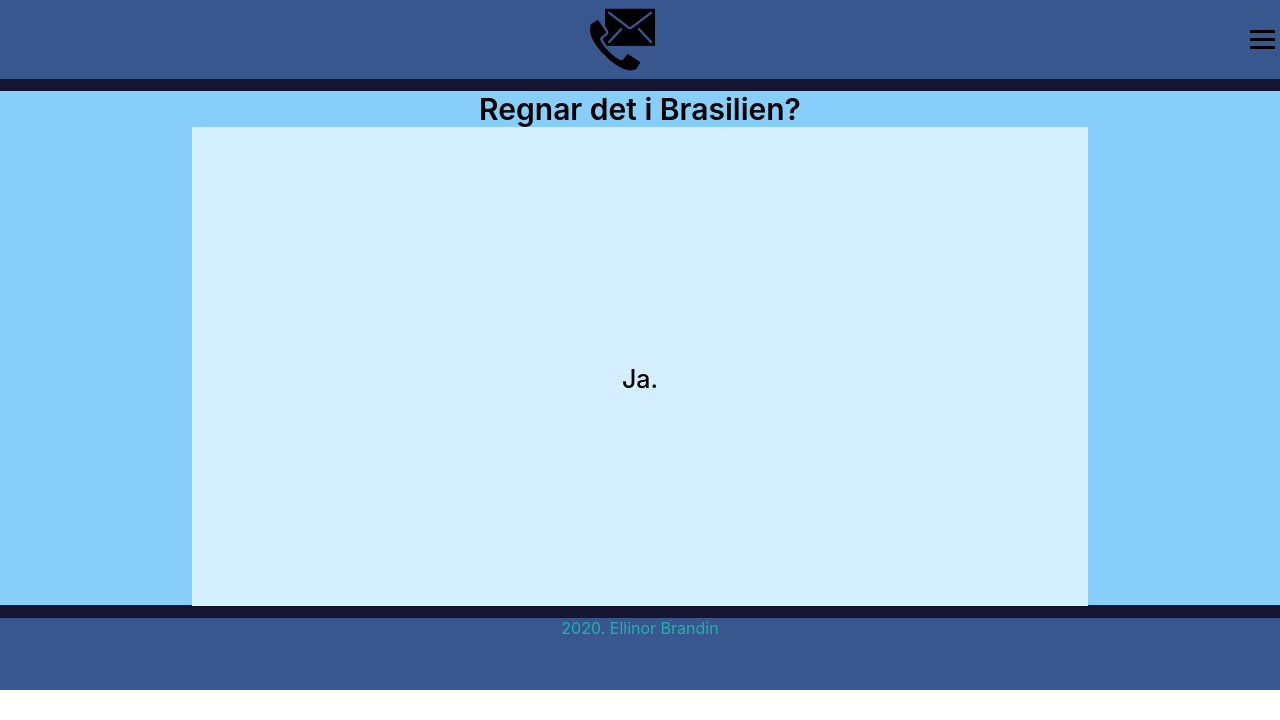
Repository: EllinorBrandin/projekt2
Page: ja copy.html
These files come from the project's save history. The page is drawn as it stood at one moment and after the next save; the edit follows.
The browser window is 1280 px wide. The pictures show the whole page.

Above is the page before, as saved 2020-05-07 10:53:16.

### ja copy.html
<!DOCTYPE html>
<html lang="en">
<head>
    <meta charset="UTF-8">
    <meta name="viewport" content="width=device-width, initial-scale=1.0">
    <title>Möjligen</title>
    <link rel="stylesheet" type="text/css" href="css/style.css"/>
</head>
<body>
  <div id="container">
    <div class="navbar">
        <img src="img/contact.png" alt="Kontakt" class="kontaktlogga">

       <div id="hamburgermeny">

           <ul class="navLinks">
            <div class="link1"><a href="minprofil.html">Min profil</a></div>
            <div class="link3"><a href="index.html">Hem</a></></div>
            <div class="link4"><a href="faq.html">F.A.Q</a></></div>
            <div class="link4"><a href="installningar.html">Inställningar</a></></div>

          </ul>

        </div>

          <div class="burger">
            <div class="line1"></div>
            <div class="line2"></div>
            <div class="line3"></div>
          </div>
        </div>
        <div class="possibly">
          <p1 id="fak">Regnar det i Brasilien?</p1>
    <div class="ja">Ja.</div>
        </div>
    <div class="footer">2020. Ellinor Brandin</div>

</div>
</body>
</html>

### css/style.css
@media only screen and (min-width: 300px) {

  *{
    margin: 0px;
    padding: 0px;
    box-sizing: border-box;
  }
#container {
    display: grid;
    width: 100%;
    grid-template-columns:2fr 1fr;
    text-align: center;
    background-color: rgb(21, 21, 49);
    font-family: -apple-system, BlinkMacSystemFont, 'Segoe UI', Roboto, Oxygen, Ubuntu, Cantarell, 'Open Sans', 'Helvetica Neue', sans-serif;
    grid-template-areas:
        'nv nv nv nv'
        'hm hm hm hm'
        'hd hd hd hd'
        'mn mn mn mn'
        'ft ft ft ft';
}

/*nav*/

.navbar{
    grid-area: nv;
    position: relative;
    display: flex;
    justify-content: flex-end;
    align-items:center;
    text-align: center;
    margin-bottom: 12px;
    height: 11vh;
    background-color: rgb(57, 87, 143);
    font-family:'Segoe UI', Tahoma, Geneva, Verdana, sans-serif;
}



  .navLinks {
    display: flex;
    flex-direction: column;
    justify-content: space-around;
    position: absolute;
    right: 0px;
    height: 70vh;
    z-index:2;
    line-height: 20vh;
    top: -89vh;
    background-color: rgb(57, 87, 143) ;
    transition: all 0.5s;
    box-shadow: -5px 2px 3px rgba(8, 13, 78, 0.295);
  }

  .yellowbooket{
    margin-left: auto;
    margin-right: auto;
    font-size: 12px;
  }
}
  /* logga */

.boklogga {
  display: block;
  margin-left: auto;
  margin-right: auto;
  width: 65px;
}

.kontaktlogga {
  display: block;
  margin-left: auto;
  margin-right: auto;
  width: 65px;
}

.ovrigtlogga{
  display: block;
  margin-left: auto;
  margin-right: auto;
  width: 65px;
}

.profil {
  display: block;
  margin-left: auto;
  margin-right: auto;
  width: 65px;
}

.fraglogga {
  display: block;
  margin-left: auto;
  margin-right: auto;
  width: 65px;
}

/* /logga */

  .navLinks a {
    color: white;
    text-decoration: none;
    letter-spacing: 3px;
    font-weight: bold;
    font-size: 14px;
    height: 17.5px;
  }
.link1{
  transition: 0.5s;
  height: 17.5vh;
}

.link1:hover{
  background-color: rgba(255, 255, 255, 0.356);

}

.link2{
  transition: 0.5s;
  height: 17.5vh;

}
.link2:hover{
  background-color: rgba(255, 255, 255, 0.295);

}

.link3{
  transition: 0.5s;
  height: 17.5vh;


}
.link3:hover{
  background-color: rgba(255, 255, 255, 0.295);

}
.link4{
  transition: 0.5s;
  height: 17.5vh;


}
.link4:hover{
  background-color: rgba(255, 255, 255, 0.295);

}

  .burger div {
    width: 25px;
    height: 3px;
    background-color: black;
    margin: 5px;
    border-radius: 10%;
    transition: all 0.5s;
  }

  .toggle .line1 {
    transform: rotate(-45deg) translate(-5px, 6px);
  }

  .toggle .line2 {
  opacity: 0;
  }

  .toggle .line3 {
    transform: rotate(45deg) translate(-5px, -6px);
  }

  .navActive {
    transform: translateY(100vh);
  }

/* /nav */

.header {
  margin-top: 10px;
  margin-bottom: 10px;
  grid-area: hd;
  height: 100%;
  background-color: rgb(57, 87, 143);
  color: rgb(255, 255, 255);
  margin-bottom: 20px;
}

*{box-sizing: border-box}

.slideshow {
  max-width: 100vw;
  position: relative;
  margin: auto;
  margin: 20px;
}

.myslides {
  display: none;
}

#till-weuweb{
  width: 90%;
}

.prev, .next {
  cursor: pointer;
  position: absolute;
  top: 50%;
  width: auto;
  padding: 16px;
  margin-top: -110px;
  color: white;
  border-radius: 0 3px 3px 0;
  user-select: none;
  transition: 0.35s ease;
}

.next {
  right:0;
  border-radius: 0 3px 3px 0;
}

.prev{
  left:0;
  border-radius: 0 3px 3px 0;

}

.text1 {
  color: white;
  font-weight: bold;

}

.prev:hover, .next:hover {
  background-color: rgba(0, 10, 39, 0.548);
}

.fade {
  -webkit-animation-name: fade;
  -webkit-animation-duration: 1.5s;
  animation-name: fade;
  animation-duration: 1.5s;
}

@-webkit-keyframes fade {
  from {opacity: .4}
  to {opacity: 1}
}

@keyframes fade {
  from {opacity: .4}
  to {opacity: 1}
}

.main {
  position: relative;
  margin-top: 32px;
  margin-bottom: 25px;
  grid-area: mn;
  background-color: rgb(57, 87, 143);
  height: 66vh;
  color: rgb(10, 16, 102);
  font-size: 12px;
  font-weight: bold;
  }

:root {
  --gutter: 25px;
}

.allbooks{
  padding: var(--gutter) 0;
  display:grid;
  grid-gap: var(--gutter) 0;
  grid-template-columns: var(--gutter) 1fr var(--gutter);
  align-content: start;
}

.allbooks > * {
  grid-column: 2 / -2;
}

.allbooks > .full {
  grid-column: 1 / -1;
}

.hs {
  display: grid;
  grid-gap: calc(var(--gutter) / 2);
  grid-template-columns: repeat(6, calc(42% - var(--gutter) * 2));
  grid-template-rows: minmax(150px, 1fr);

  overflow-x: scroll;
  scroll-snap-type: x proximity;
  padding-bottom: calc(.75 * var(--gutter));
  margin-bottom: calc(-.25 * var(--gutter));
}

ul {
  list-style: none;
  padding: 0;
}


.allbooks {
  width: 100vw;
  height: 250px;
  overflow-y: scroll;
}

.hs > li,
.item {
  scroll-snap-align: center;
  padding: calc(var(--gutter) / 2 * 1.5);
  display: flex;
  flex-direction: column;
  justify-content: center;
  align-items: center;
  background: white;
  border-radius: 15px;
}

:root {
  --gutter: 25px;
}

.otherbooks{
  padding: var(--gutter) 0;
  display:grid;
  grid-gap: var(--gutter) 0;
  grid-template-columns: var(--gutter) 1fr var(--gutter);
  align-content: start;
}

.otherbooks > * {
  grid-column: 2 / -2;
}

.otherbooks > .full {
  grid-column: 1 / -1;
}

.ha {
  display: grid;
  grid-gap: calc(var(--gutter) / 2);
  grid-template-columns: repeat(6, calc(42% - var(--gutter) * 2));
  grid-template-rows: minmax(150px, 1fr);

  overflow-x: scroll;
  scroll-snap-type: x proximity;
  padding-bottom: calc(.75 * var(--gutter));
  margin-bottom: calc(-.25 * var(--gutter));
}

ul {
  list-style: none;
  padding: 0;
}


.otherbooks {
  width: 100vw;
  height: 250px;
  overflow-y: scroll;
}

.ha > li,
.item {
  scroll-snap-align: center;
  padding: calc(var(--gutter) / 2 * 1.5);
  display: flex;
  flex-direction: column;
  justify-content: center;
  align-items: center;
  background: white;
  border-radius: 15px;
}

.footer {
  grid-area: ft;
  background-color: rgb(57, 87, 143);
  height: 10vh;
  color: lightseagreen;
}
/*SEARCH*/
.search{
  grid-area: hm;
  background-color: rgba(255, 255, 255, 0.733);
  width: 90%;
  margin-left: auto;
  margin-right: auto;
  top: 50%;
  height: 40px;
  border-radius: 40px;
  left: 50%;
  font-style: italic;
  color: black;
  padding: 10px;
}

.search-txt {
  border: none;
  background: none;
  outline: none;
  float: left;
  padding: 0;
  color: white;
  font-size: 16px;
  transition: 0.4s;
  text-emphasis: center;
  width: 90%;
}

.searchbutton{
height: 25px;
cursor: pointer;

}

.searchbutton:hover{
  color: darkblue
}

/*/SEARCH*/

.smolpic{
  height:115px;
  box-shadow: -1px 0px 10px rgba(10, 16, 100, 0.185);
}

.smolpic:hover{
  transform: rotate(15deg);
  transition: 1s;
}

.hooder {
  grid-area: hd;
  height: 340px;
  background-color: rgb(146, 189, 247);
  margin-bottom: 12px;
  text-align: center;
  color: black;
  font-weight: bold;
  width: 500px;
  margin-left: auto;
  margin-right: auto;
}

.profilepic{
height: 100px;
}

#moon{
  grid-area: mn;
  background-color: rgb(57, 87, 143);
  height: 500px;
  margin-bottom: 12px;
  margin-left: 10px;
  margin-right: 10px;
}

.classes{
  background-color: rgb(146, 189, 247);
  height: 30px;
}

.otherclasses{
  background-color: rgb(91, 143, 211);
  height: 30px;
  font-stretch: extra-expanded;
}

#fpt{
  background-color: rgb(57, 87, 143);
  grid-area: ft;
  margin-bottom: 12px;
  height: 100px;
  color: lightseagreen;

}

.arrow{
  width: 50%;
}

#wowsie{
  grid-area: hd;
  height: 50px;
  background-color: rgb(146, 189, 247);
  margin-right: 10%;
  margin-left: 10%;
  margin-bottom: 2%;
  font-size: 39px;
  font-weight: 530;
}

.meen{
  grid-area: mn;
  font-size: 14px;
  text-align: left;
  background-color: rgb(146, 189, 247);
  margin-left: 30px;
  margin-right: 30px;
}

#spice{
  font-size: 20px;
}

#jajaja{
  margin-top: 10px;
  font-weight: 560;
  color:grey

}
#massatext{
  margin-top: 10px;
  font-size: 12px;;
  margin-bottom: 10px;
}

.blok{
  background-color: white;
  height: 110%;
  margin-left: 10%;
  margin-right: 10%;

}

#aa{
  margin: 10px;
}

#feeter{
  grid-area: ft;
  height: 50px;
  background-color: rgb(57, 87, 143);
  text-align: center;
  color: lightseagreen;
  font-family: -apple-system, BlinkMacSystemFont, 'Segoe UI', Roboto, Oxygen, Ubuntu, Cantarell, 'Open Sans', 'Helvetica Neue', sans-serif;
}

#yellowbooket{
  text-align: center;
}

.retreat{
  border: none;
  background-color: rgba(21, 21, 49, 0.233);
  width:60px;
  height: 35px;
  font-weight: 500;
  cursor: pointer;
  margin-right: 90.6vw;
}

.retreat:hover{
transition: 0.4s;
background-color: rgba(146, 190, 247, 0.5);
}

.tinybox{
  grid-area: hm;
}

.smallerbox{
  background-color: rgb(146, 189, 247);
  height: 65px;
  margin-bottom: 13px;
  margin-left: 6%;
  margin-right: 6%;
  font-size: 48px;
}

.contactinfo{
  grid-area: hd;
  height: 400px;
  background-color: rgb(146, 189, 247);
  margin-bottom: 30px;

}

.idk{
  grid-area: mn;
  background-color: rgb(21, 21, 49);
  height: 581px;
}

.realfoot{
  grid-area: ft;
  background-color: rgb(57, 87, 143);
  height: 11vh;
  color: lightseagreen;

}

.email{
  height:15vh;
}

.email:hover{
  transition: 0.3s;
  background-color: rgba(255, 255, 255, 0.438);
}
.telefon {
  height:15vh;
}

.telefon:hover{
  transition: 0.3s;
  background-color: rgba(255, 255, 255, 0.438);
}
.instagram {
  height:15vh;
}

.instagram:hover{
  transition: 0.3s;
  background-color: rgba(255, 255, 255, 0.438);
}
.adress{
  height:15vh;
}
.adress:hover{
  transition: 0.3s;
  background-color: rgba(255, 255, 255, 0.438);
}

.geemail{
  color: rgb(61, 46, 148);
  margin-left: 30px;
}

.geemail:hover{
  transition: 0.27s;
  color: white;
}

.phoen{
  color: rgb(61, 46, 148);
}
.phoen:hover{
  transition: 0.27s;
  color: white;
}

.thingy{
  color: rgb(61, 46, 148);

}

.thingy:hover{
  transition: 0.27s;
  color: white;
}

.adrees{
  color: rgb(61, 46, 148);

}

.adrees:hover{
  transition: 0.27s;
  color: white;
}

#fak{
  font-size: 30px;
  font-weight: 600;
}

.questionbar{
  grid-area: mn;
  background-color: lightskyblue;
  height: 514px;
  width: 100%;
  margin-bottom: 13px;


}

.kvestions{
  height: 479px;
  background-color: rgb(212, 239, 255);
  line-height: 17vh;
  font-size: 18px;
  font-weight: 500;
  margin-left: 15%;
  margin-right: 15%;

}

.grass{
  height:119.75px;
}

.grass:hover{
  transition: 0.3s;
  background-color: rgba(255, 255, 255, 0.438);
}
.rain {
  height:119.75px;
}

.rain:hover{
  transition: 0.3s;
  background-color: rgba(255, 255, 255, 0.438);
}
.snow {
  height:119.75px;
}

.snow:hover{
  transition: 0.3s;
  background-color: rgba(255, 255, 255, 0.438);
}
.read{
  height:119.75px;
}
.read:hover{
  transition: 0.3s;
  background-color: rgba(255, 255, 255, 0.438);
}

.possibly{
  grid-area: mn;
  background-color: lightskyblue;
  height: 514px;
  width: 100%;
  margin-bottom: 13px;

}

.ja{
  height: 479px;
  background-color: rgb(212, 239, 255);
  line-height: 70vh;
  font-size: 25px;
  font-weight: 500;
  margin-left: 15%;
  margin-right: 15%;
}

After the next save:
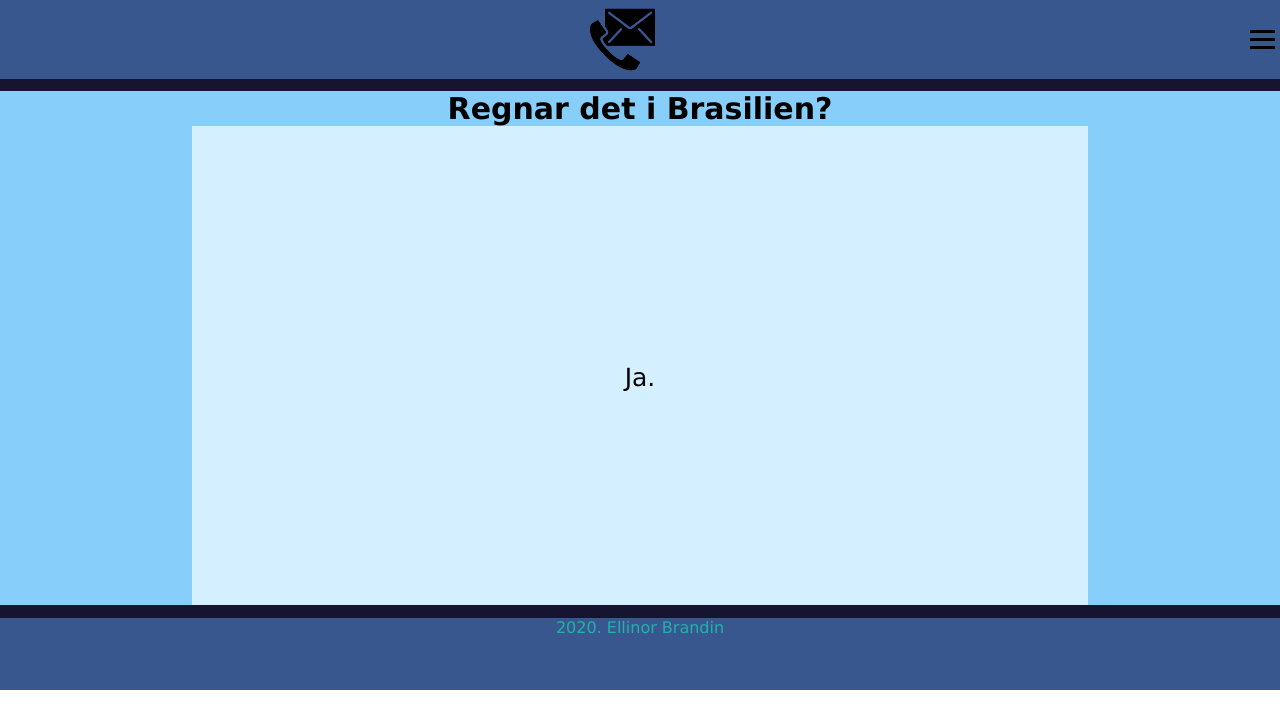
Saved 23 s later.
--- a/css/style.css
+++ b/css/style.css
@@ -11,7 +11,7 @@
     grid-template-columns:2fr 1fr;
     text-align: center;
     background-color: rgb(21, 21, 49);
-    font-family: -apple-system, BlinkMacSystemFont, 'Segoe UI', Roboto, Oxygen, Ubuntu, Cantarell, 'Open Sans', 'Helvetica Neue', sans-serif;
+  font-family: 'Lucida Sans', 'Lucida Sans Regular', 'Lucida Grande', 'Lucida Sans Unicode', Geneva, Verdana, sans-serif;
     grid-template-areas:
         'nv nv nv nv'
         'hm hm hm hm'
